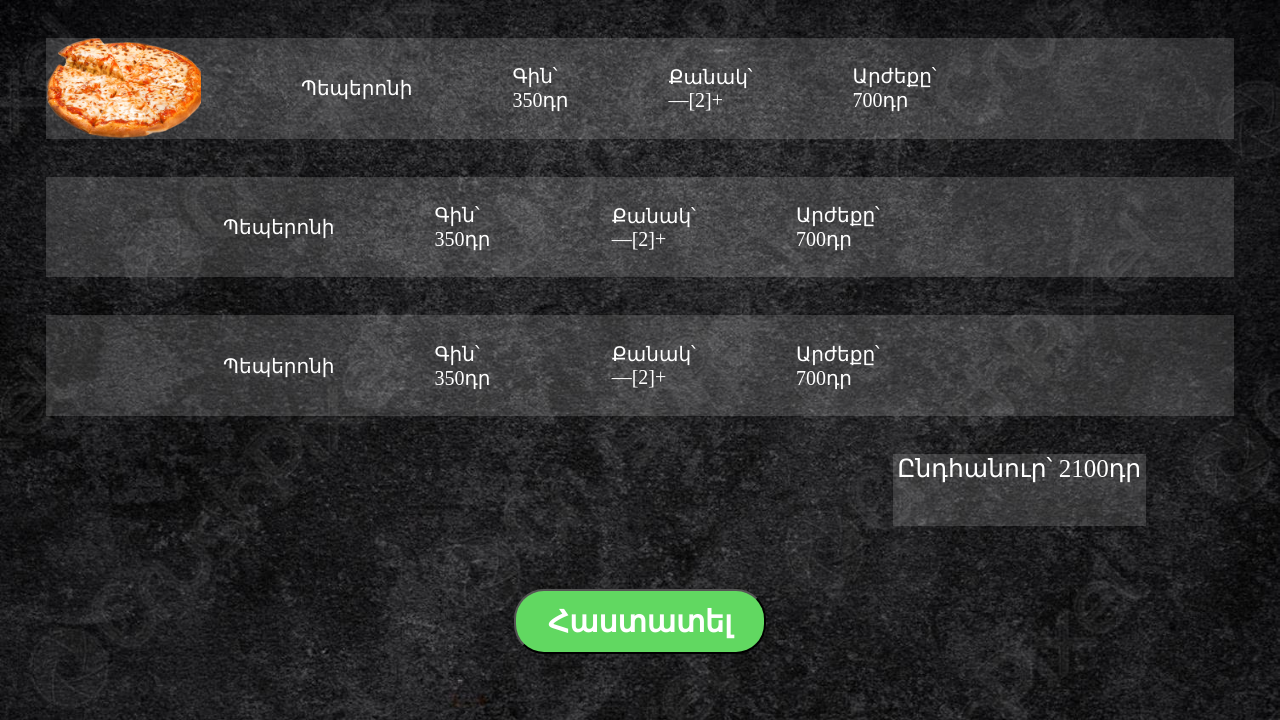
Repository: NarekTovmasyan/PizzaManue
Page: public/basket.html
An editor plug-in stored every save of this project. The page is shown before and after the next save, followed by the edit.
The browser window is 1280 px wide. The pictures show the whole page.

Above is the page before, as saved 2022-01-20 15:03:24.

### public/basket.html
<!DOCTYPE html>
<html lang="en">
<head>
    <meta charset="UTF-8">
    <meta http-equiv="X-UA-Compatible" content="IE=edge">
    <meta name="viewport" content="width=device-width, initial-scale=1.0">
    <link rel="stylesheet" href="basket.css">
    <title>BASKET</title>

</head>
<body>
    <div class= "main">
        <div class ="prop">
            <div class="pizza1Img"></div>
            <div>Պեպերոնի</div>
            <div>Գին՝ 350դր</div>
            <div>Քանակ՝ —[2]+ </div>
            <div>Արժեքը՝ 700դր</div>
            <div></div>
         </div>
        <div class ="prop">
            <div class="pizza2Img"></div>
            <div>Պեպերոնի</div>
            <div>Գին՝ 350դր</div>
            <div>Քանակ՝ —[2]+ </div>
            <div>Արժեքը՝ 700դր</div>
            <div></div>
        </div>
        <div class ="prop">
            <div class="pizza3Img"></div>
            <div>Պեպերոնի</div>
            <div>Գին՝ 350դր</div>
            <div>Քանակ՝ —[2]+ </div>
            <div>Արժեքը՝ 700դր</div>
            <div></div>
        </div>
        <div class ="sum">Ընդհանուր՝ 2100դր</div>
         <button class = "confirm">Հաստատել</button>
    </div>
</body>
</html>

### public/basket.css
body {
    background-image: url(./images/background.jpg);
    background-repeat: no-repeat;
    background-size: cover;
  }
 .main{
      width: 100%;
      height: 80vh;
}
.prop{
  background-color: rgba(255, 255, 255, 0.144) ;
  width: 94%;
  height: 14vh;
  margin-top: 3%;
  margin-left: 3%;
  display: grid;
  grid-template-columns: 1fr 1fr 1fr 1fr 1fr 1fr 1fr;
  column-gap: 100px;
  justify-content: center;
  align-items: center;
  color:white ;
  font-size: 20px;
}
 .prop > div{

 }
.sum{
    background-color: rgba(255, 255, 255, 0.144) ;
    width: 20%;
    height: 10vh;
    margin-top: 3%;
    margin-left: 70%;
    font-size: 25px;
    font-weight: 500;
    text-align:center;
    color:white;
}

.confirm{
    background-color:rgb(97, 216, 97);
    height: 9vh;
    width: 20%;
    border-radius: 30px;
    text-align:center;
    font-size: 30px;
    font-weight: 700;
    margin-left:40%;
    margin-top: 5%;
    color:white;
    cursor: pointer;
}
.confirm:hover {
    background-color: rgb(216, 250, 216);
    color: black
  }
.pizza1Img{
    background-image: url(./images/pizza1.png);
    height:100px;
    width: 155px;
    background-size: cover;
}

After the next save:
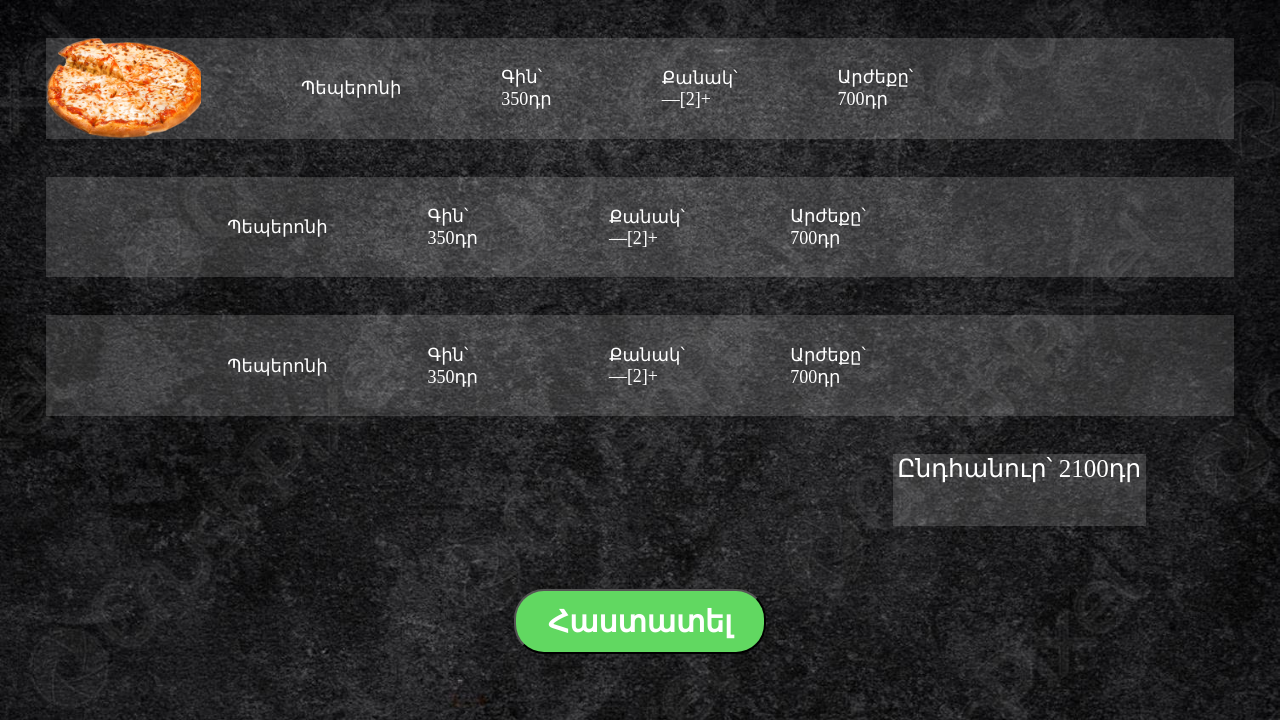
Saved 35 s later.
--- a/public/basket.css
+++ b/public/basket.css
@@ -19,7 +19,7 @@ body {
   justify-content: center;
   align-items: center;
   color:white ;
-  font-size: 20px;
+  font-size: 18px;
 }
  .prop > div{
 
